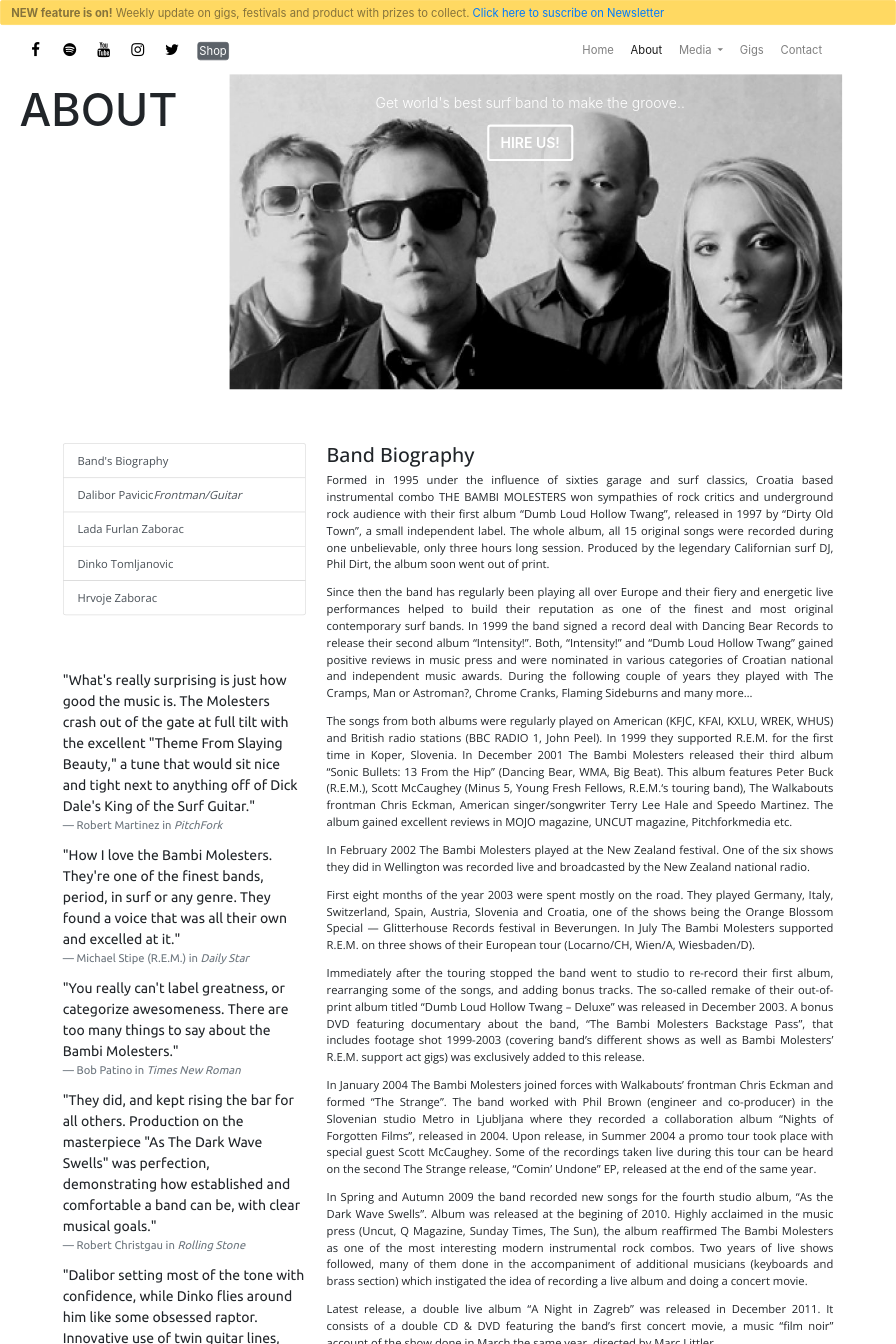
Repository: NamcorStudent/Stream_1_Project_HTML5-CSS3
Page: about.html
The author's editor kept a record of every edit. The page is drawn from the files as they stood at one moment, then again after the next edit.
The browser window is 1280 px wide. The pictures show the part of the page from y = 0 to 1920 px (the page is 3039 px tall), at 70% of full size.
Some web libraries are served in a nearby version.

Above is the page before.

After the next edit:
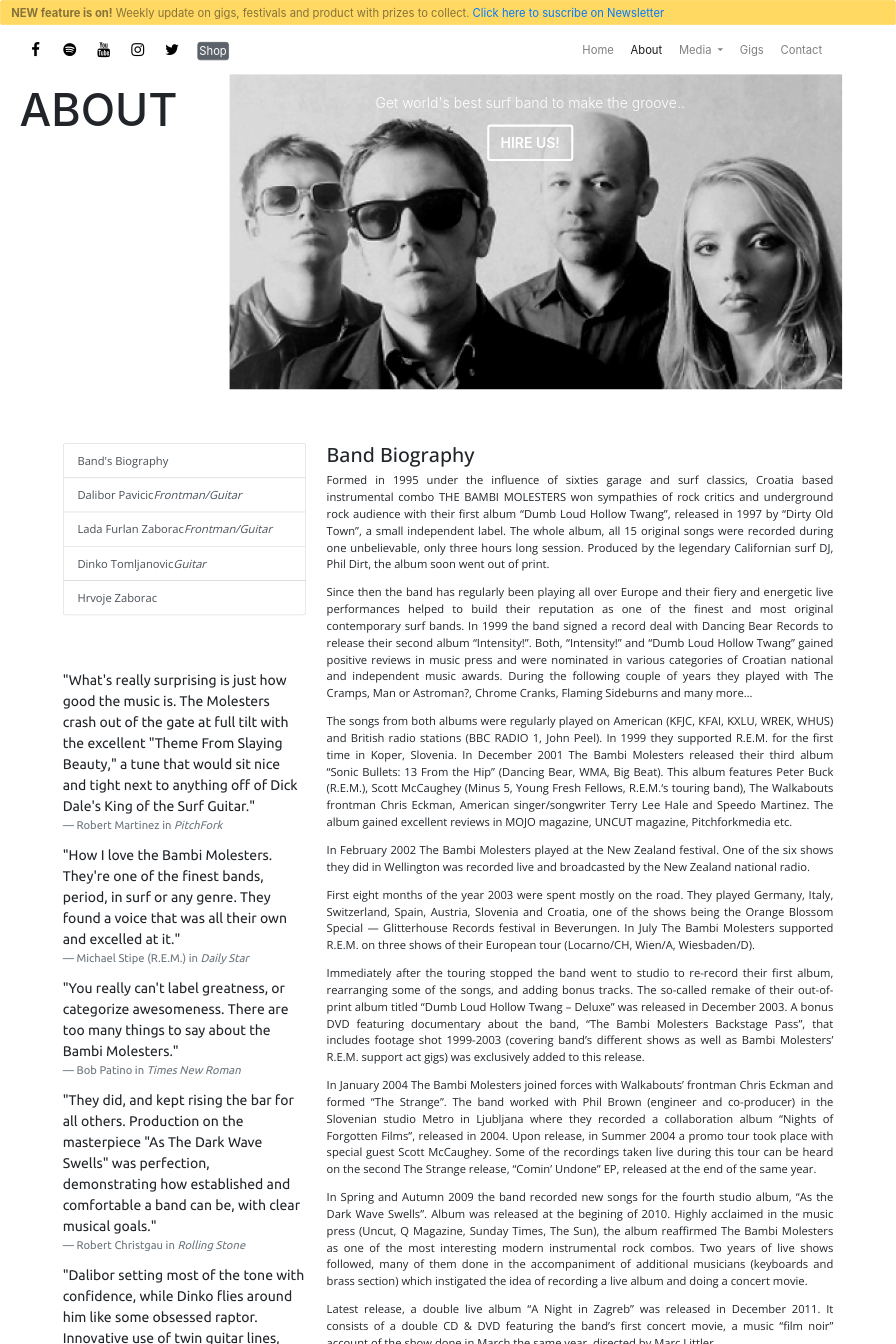
The edit:
--- a/about.html
+++ b/about.html
@@ -123,10 +123,9 @@
                     <a href="#dalibor" class="list-group-item list-group-item-action">
                            Dalibor Pavicic<i>Frontman/Guitar</i></a>
                     <a href="#lada" class="list-group-item list-group-item-action">
-                           <i class="fas fa-cat"></i>
-                           Lada Furlan Zaborac</a>
-                    <a href="#dinko" class="list-group-item list-group-item-action"><i class="fas fa-guitar"></i>
-                           Dinko Tomljanovic</a>
+                           Lada Furlan Zaborac<i>Frontman/Guitar</i></a>
+                    <a href="#dinko" class="list-group-item list-group-item-action">
+                           Dinko Tomljanovic<i>Guitar</i></a>
                     <a href="#hrvoje" class="list-group-item list-group-item-action"><i class="fas fa-drum"></i>
                            Hrvoje Zaborac</a>
                 </div>
